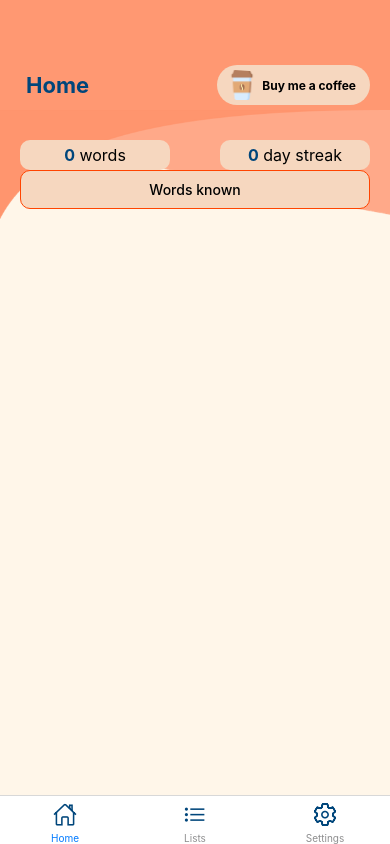
Repository: David-Waite/SpellingApp
Screen: /
The author's editor kept a copy of each file at every save. The screen is drawn from the files as they stood at one save, then again after the next save.
The app was drawn by React Native's web renderer in a window 390 px wide. The project was rebuilt for these pictures with package versions that can differ from the ones it lists, and the page was loaded fresh each time. Also part of the build but not shown: screens/Settings.js, screens/SpellWord.js, screens/WordsLearnt.js, screens/WordListOverview.js, screens/WordLists.js, screens/Donate.js.

Above is the screen before, as saved 2023-06-22 22:26:46.

After the next save:
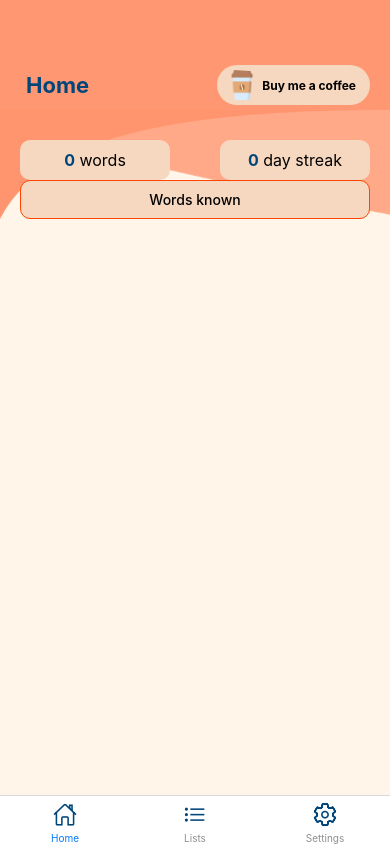
Saved 11 s later.
--- a/components/ui/Home/StatBtn.js
+++ b/components/ui/Home/StatBtn.js
@@ -22,7 +22,7 @@ const styles = StyleSheet.create({
     backgroundColor: GlobalStyles.colors.primary100,
     borderRadius: 10,
     paddingHorizontal: 10,
-    paddingVertical: 5,
+    paddingVertical: 10,
     minWidth: 150,
     justifyContent: "center",
   },
